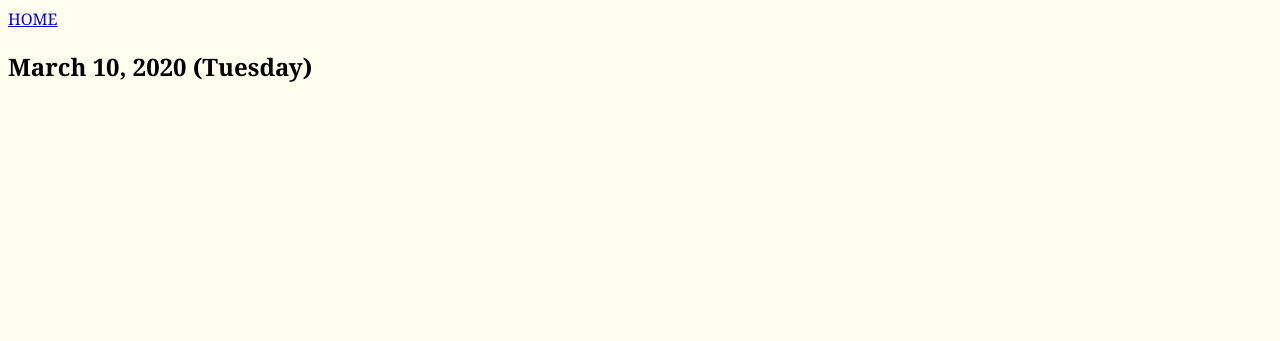
Repository: chocochocosensei/Mission-Exercises
Page: page3/index.html
An editor plug-in stored every save of this project. The page is shown before and after the next save, followed by the edit.
The browser window is 1280 px wide. The pictures show the whole page.

Above is the page before, as saved 2020-03-10 18:32:23.

After the next save:
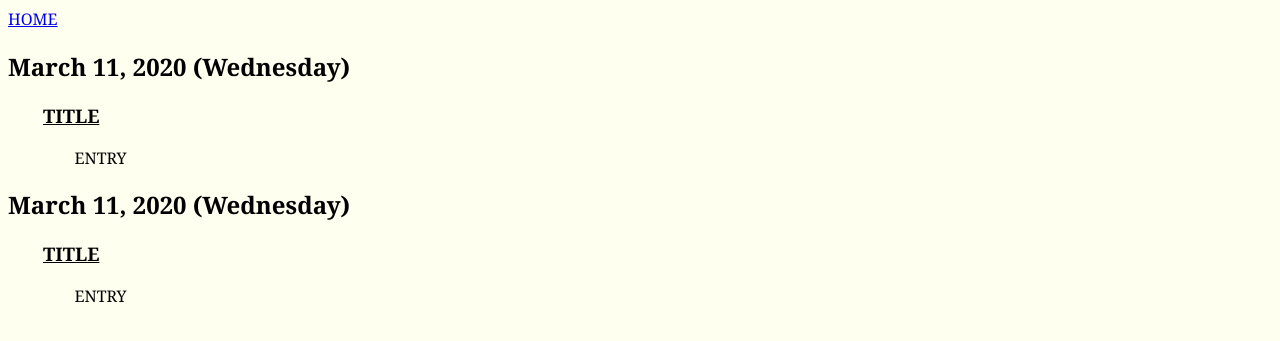
Saved 8 h 49 min later.
--- a/page3/index.html
+++ b/page3/index.html
@@ -5,7 +5,7 @@
     <meta http-equiv="Content-Type" content="text/html;charset=UTF-8">
     <meta name="viewport" content="width=device-width, initial-scale=1.0">
     <link rel="stylesheet" href="../style.css">
-    <title>Mission Exercises March 10, 2020</title>
+    <title>Mission Exercises March</title>
 </head>
 
 <body>
@@ -14,15 +14,39 @@
     </section>
     <section>
         <div class="section-title">
-            <h2 id="2020-03-10@13:57:35">March 10, 2020 (Tuesday)</h2>
+            <h2 id="entry-for-2020-03-11">March 11, 2020 (Wednesday)</h2>
         </div>
         <div class="section-activity">
             <div class="card">
                 <div class="title">
-                    <h3></h3>
+                    <h3>TITLE</h3>
                 </div>
                 <div class="content">
-                    <p></p>
+                    <p>ENTRY</p>
+                </div>
+            </div>
+            <div class="card hidden hours">
+                <div class="title">
+                    <h3>Hours</h3>
+                </div>
+                <div class="content">
+                    <p>Class: </p>
+                    <p>Hours: </p>
+                </div>
+            </div>
+        </div>
+    </section>
+    <section>
+        <div class="section-title">
+            <h2 id="entry-for-2020-03-11">March 11, 2020 (Wednesday)</h2>
+        </div>
+        <div class="section-activity">
+            <div class="card">
+                <div class="title">
+                    <h3>TITLE</h3>
+                </div>
+                <div class="content">
+                    <p>ENTRY</p>
                 </div>
             </div>
             <div class="card hidden hours">
